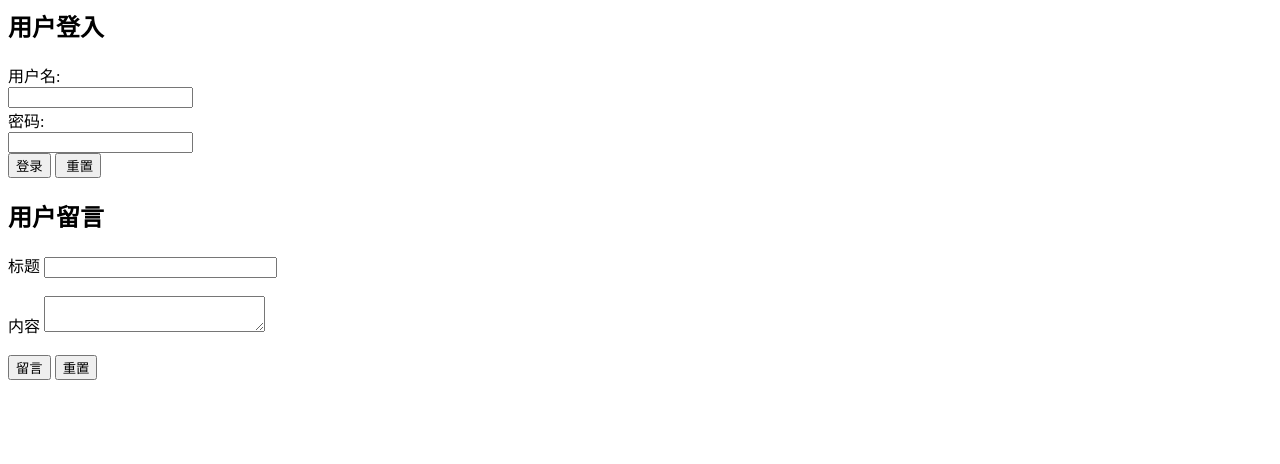
Repository: wikelgc/JSP
Page: http://localhost/chapter_four/
The author's editor kept a copy of each file at every save. The page is drawn from the files as they stood at one save, then again after the next save.
The browser window is 1280 px wide. The pictures show the whole page.
The page is served by Tomcat 9.

Above is the page before, as saved 2015-05-29 09:25:36.

After the next save:
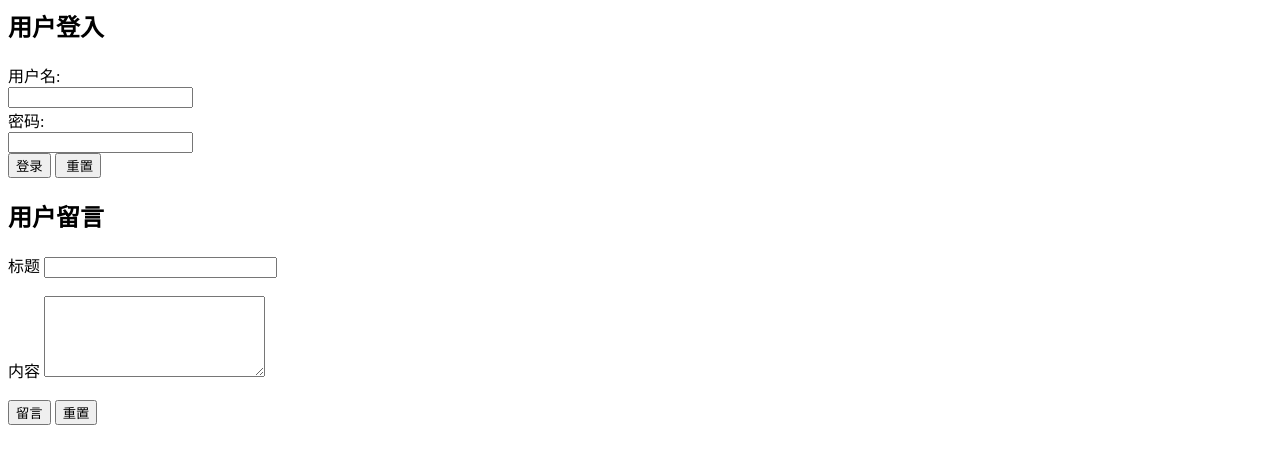
Saved 2 min 37 s later.
--- a/chapter_four/WebRoot/index.jsp
+++ b/chapter_four/WebRoot/index.jsp
@@ -22,11 +22,12 @@
 				标题
 				<input type = "text" name = "title" size = "26"><br><br>
 				内容
-				<textarea type = "content" name = "content" row = "5" cols = "25" ></textarea><br><br>
+				<textarea type = "content" name = "content" rows = "5" cols = "25" ></textarea><br><br>
 				<input type = "submit" value = "留言">
 				<input type = "reset" value = "重置">
 			</form>
+		</div>
 
-		</div>
+
 	</body>
 </html>
